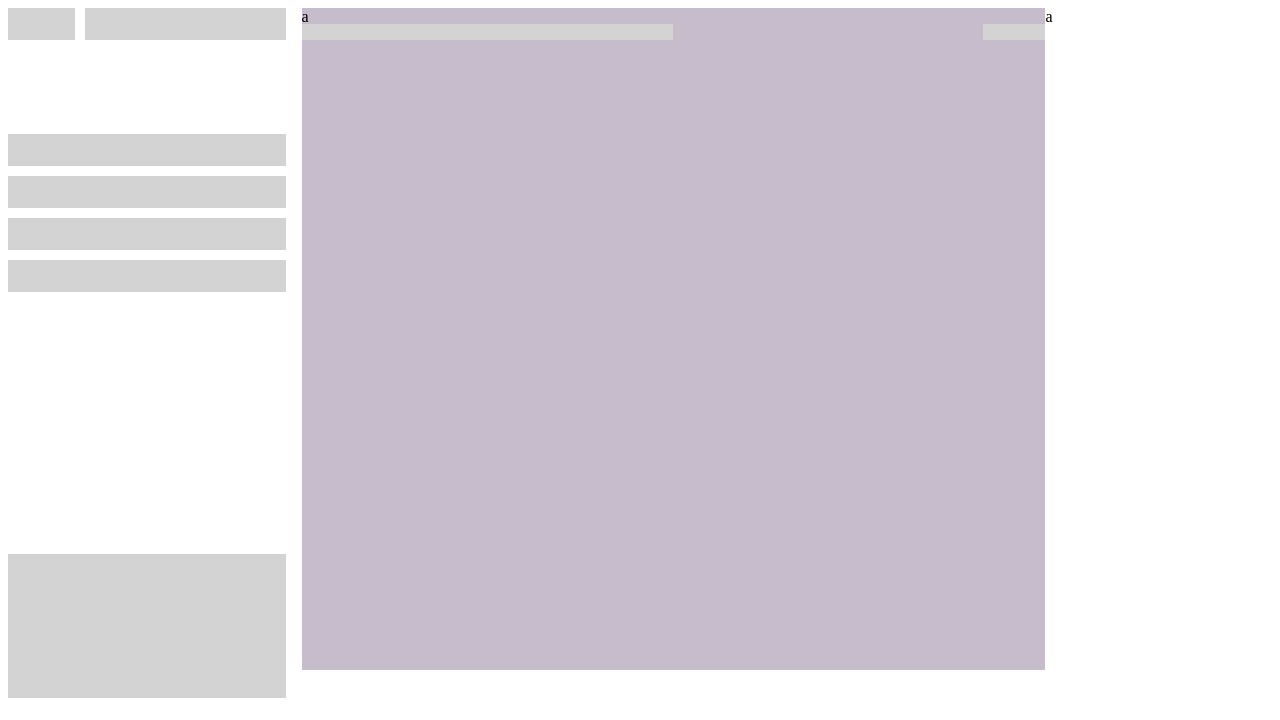
Repository: tr2cky/exercise2
Page: index.html
These files come from the project's save history. The page is drawn as it stood at one moment and after the next save; the edit follows.
The browser window is 1280 px wide. The pictures show the whole page.

Above is the page before, as saved 2022-10-01 11:53:25.

### index.html
<!DOCTYPE html>
<html lang="en">

<head>
    <meta charset="UTF-8">
    <meta http-equiv="X-UA-Compatible" content="IE=edge">
    <meta name="viewport" content="width=device-width, initial-scale=1.0">
    <link rel="stylesheet" href="style.css">
    <title>Document</title>
</head>

<body>
    <div class="container">
        <div class="side1">
        <div id="box1"></div>
        <div id="box2"></div>
        <div id="box3"></div>
        <div id="box4"></div>
        <div id="box5"></div>
        <div id="box6"></div>
        <div id="box7"></div>
        <div id="box8"></div>
        </div>
        <main>
            a
            <div id="boxa"></div>
            <div id="boxb"></div>
        </main>
        <div class="side2">
            a
        </div>
    </div>
</body>

</html>

### style.css
.container {
    display: flex;
    flex-direction: row;
    height: 92vh;
}
main {
    flex-grow: 3;
    background-color: rgb(199, 188, 204);
    display: grid;
    grid-template-columns: repeat(12, 1fr);
    grid-auto-rows: 1em;
}
.side1 {
    flex-grow: 1;
    display: grid;
    grid-template-columns: 1fr 3fr;
    grid-auto-rows: 2em;
    grid-gap: 10px;
    margin-right: 1em;
}
.side2 {
    flex-grow: 1;
}
.side1 div, main div, .side2 div {
    background-color: lightgray;
}
#box1 {
    border: 1px solid lightgray;
    padding: 5px;
}
#box3{
    grid-column: 1/3;
    grid-row: 8;
    justify-self: start;
}
#box4{
    grid-column: 1/3;
    grid-row: 4;
}
#box5{
    grid-column: 1/3;
    grid-row: 5;
}
#box6{
    grid-column: 1/3;
    grid-row: 6;
}
#box7{
    grid-column: 1/3;
        grid-row: 7;
}
#box8 {
    grid-column: 1/3;
    grid-row: 14;
    height: 9em;
}
#boxa {
    grid-column: 1/7;
}
#boxb {
    grid-column: 12;
}

After the next save:
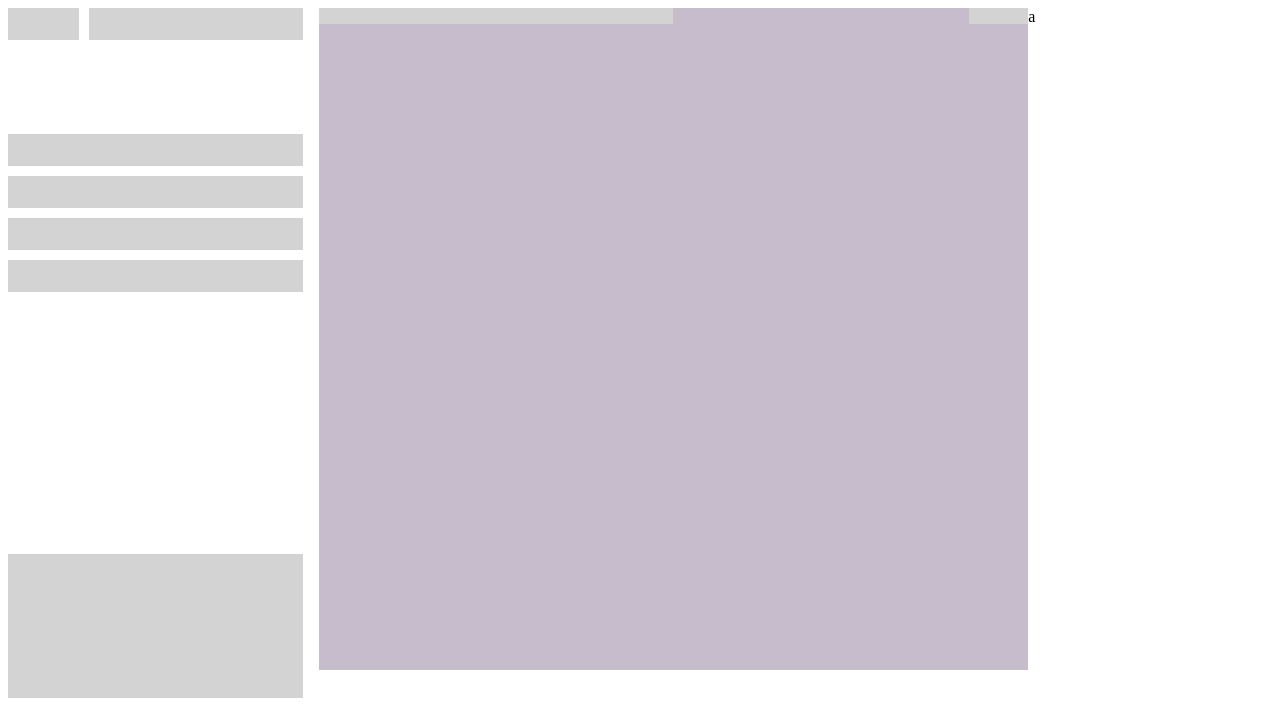
Saved 12 s later.
--- a/index.html
+++ b/index.html
@@ -22,7 +22,6 @@
         <div id="box8"></div>
         </div>
         <main>
-            a
             <div id="boxa"></div>
             <div id="boxb"></div>
         </main>
